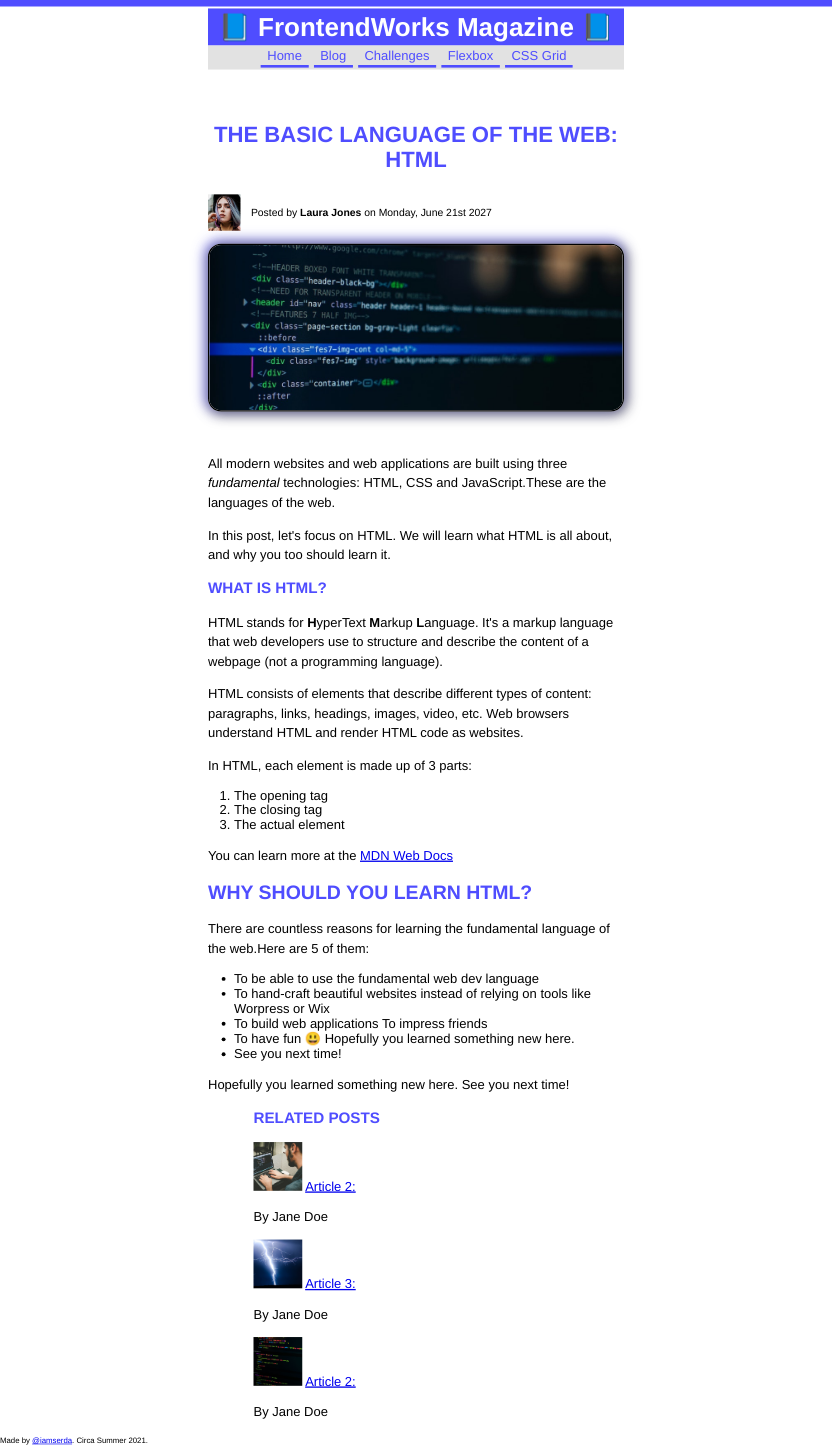
Repository: iamserda/html-css-course
Page: starter/02-HTML-Fundamentals/index.html
These files come from the project's save history. The page is drawn as it stood at one moment and after the next save; the edit follows.
The browser window is 1280 px wide. The pictures show the whole page, at 65% of full size.

Above is the page before, as saved 2021-07-17 17:54:04.

After the next save:
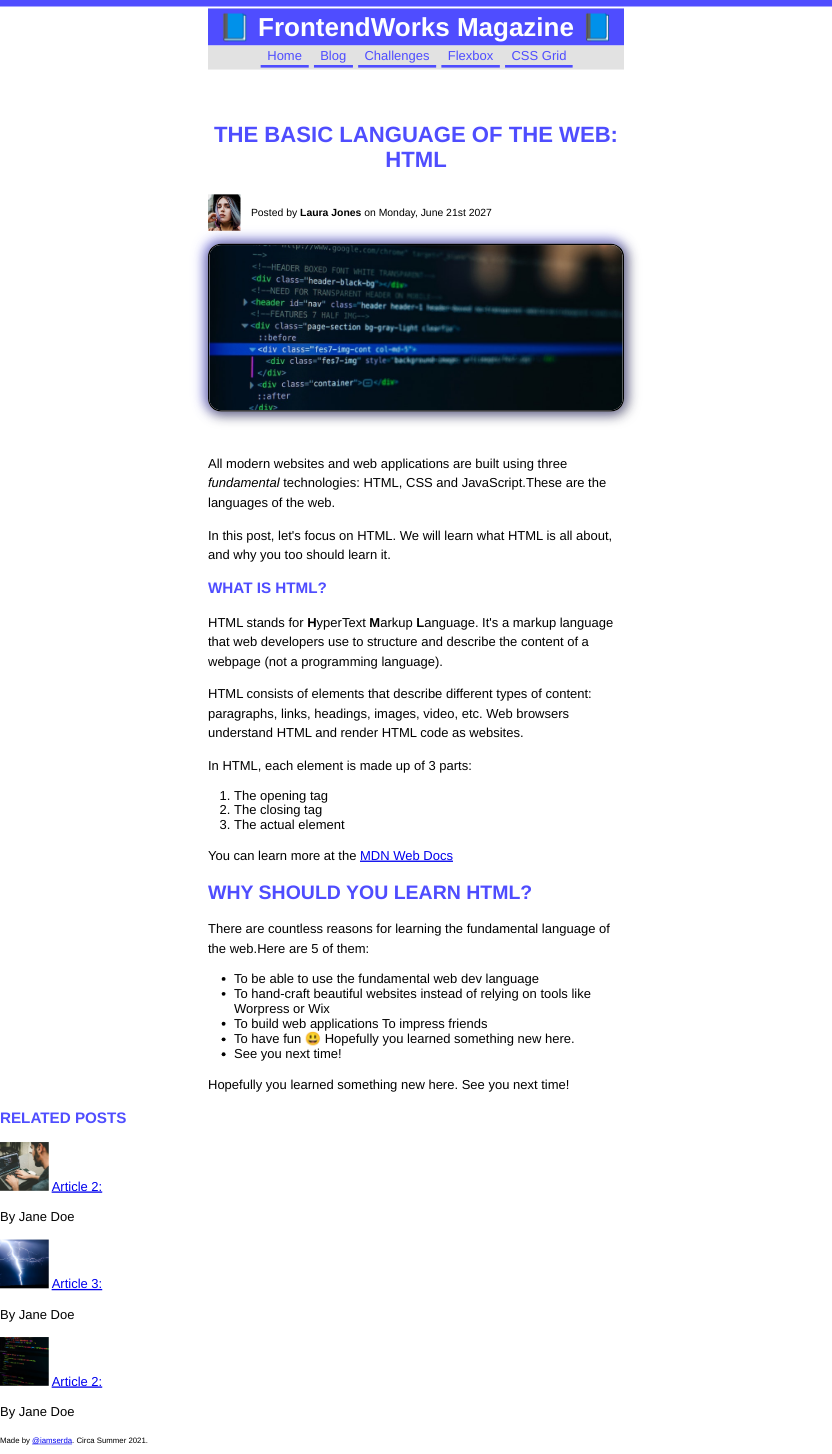
Saved 19 s later.
--- a/starter/02-HTML-Fundamentals/index.css
+++ b/starter/02-HTML-Fundamentals/index.css
@@ -99,8 +99,10 @@
     width: 50%;
     margin: 1em auto;
 }
-aside{
+
+aside {
     max-width: 500px;
+    margin-left: 0;
 }
 
 footer p {

After the save that followed:
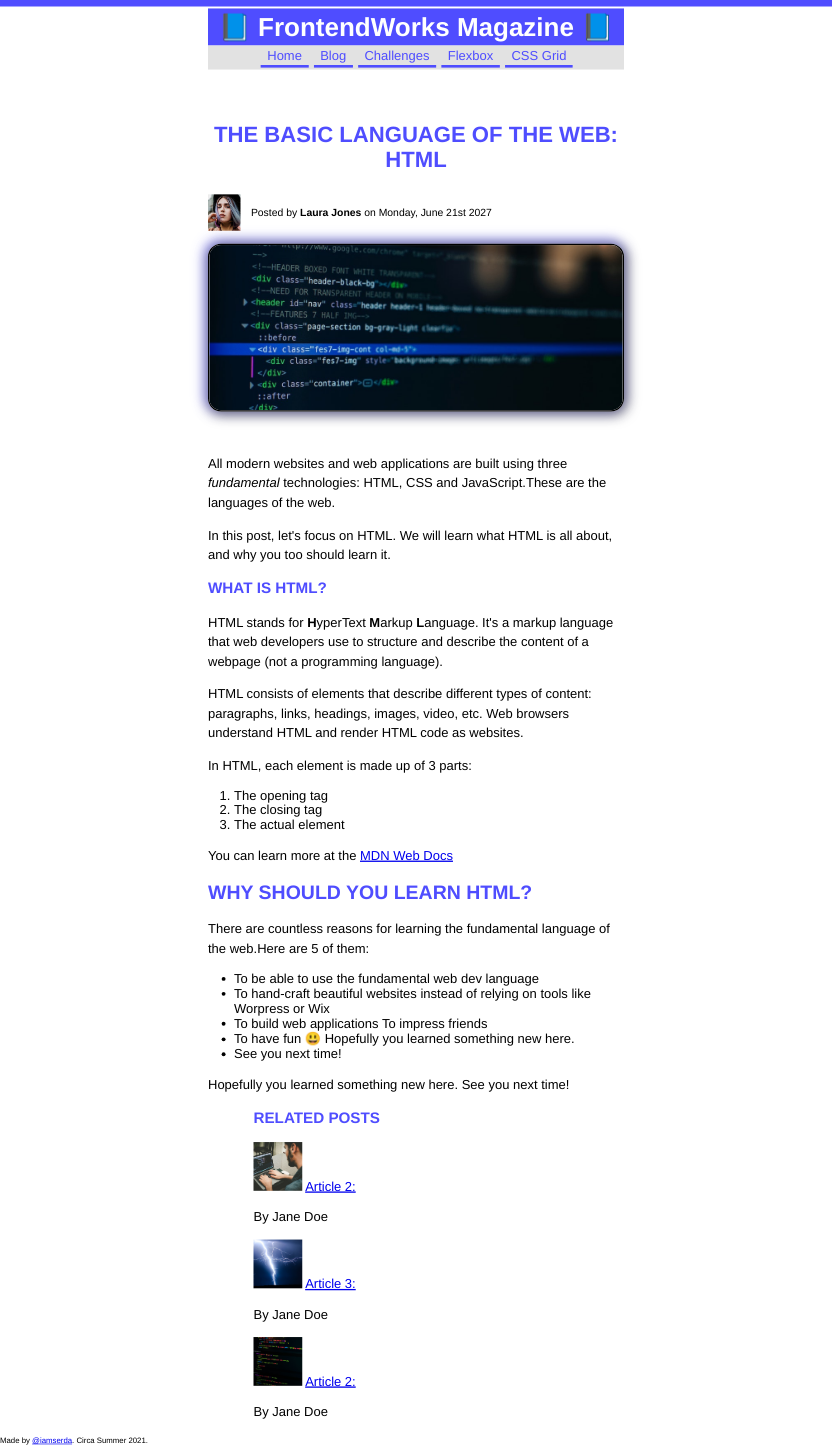
Saved 8 s later.
--- a/starter/02-HTML-Fundamentals/index.css
+++ b/starter/02-HTML-Fundamentals/index.css
@@ -102,7 +102,7 @@
 
 aside {
     max-width: 500px;
-    margin-left: 0;
+    margin-left: auto;
 }
 
 footer p {
